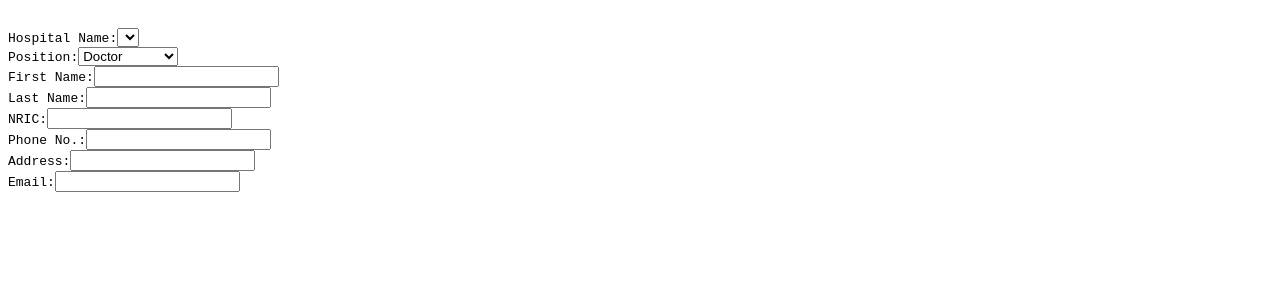
Repository: anujsoni10001/JSP-Servlet
Page: http://localhost/Minor/registerstaff.jsp
These files come from the project's save history. The page is drawn as it stood at one moment and after the next save; the edit follows.
The browser window is 1280 px wide. The pictures show the whole page.
The page is served by Tomcat 9. Other server files are loaded and not shown. Queries for data that is not in the repository find no rows.

Above is the page before, as saved 2019-03-23 03:46:08.

### FinalProject/minor - Copy/Minor/WebContent/registerstaff.jsp
<%@page import="pp.RegisteredDao"%>
<%@ page language="java" contentType="text/html; charset=ISO-8859-1"
    pageEncoding="ISO-8859-1"%>
<!DOCTYPE html PUBLIC "-//W3C//DTD HTML 4.01 Transitional//EN" "http://www.w3.org/TR/html4/loose.dtd">
<html>
<head>
<meta http-equiv="Content-Type" content="text/html; charset=ISO-8859-1">
<title>Register-Staff</title>
</head>
<body>
<pre>
<form>
Hospital Name:<select>
<%
RegisteredDao rd=new RegisteredDao();
java.util.ArrayList<pp.Hospital> h=rd.ShowHospital();
for(pp.Hospital a:h)
{
%>
<option><%=a.getHospitalName()%></option>
<%
}
%>
</select>
Position:<select>
<option>Doctor</option>
<option>Nurse</option>
<option>Management</option>
<option>Medical</option>
</select>
First Name:<input type="text">
Last Name:<input type="text">
NRIC:<input type="text">
Phone No.:<input type="text">
Address:<input type="text">
Email:<input type="email">
</form>
</pre>
</body>
</html>

### FinalProject/minor - Copy/Minor/src/pp/RegisteredDao.java
package pp;
import java.sql.*;
import pp.PatientAccountBean;

public class RegisteredDao {
Connection con;
public Connection getConnect() throws ClassNotFoundException, SQLException
{
Class.forName("com.mysql.cj.jdbc.Driver");
con=DriverManager.getConnection("jdbc:mysql://localhost:3306/minor","root","root");
return con;
}
public java.util.ArrayList<PatientAccountBean> ShowPro(String email) throws ClassNotFoundException, SQLException
{
java.util.ArrayList<PatientAccountBean> a1=new java.util.ArrayList<pp.PatientAccountBean>();
con=getConnect();
String qr="select * from accounts where Email=?";
PreparedStatement ps=con.prepareStatement(qr);
ps.setString(1,email);
ResultSet rs=ps.executeQuery();
while(rs.next())
{
pp.PatientAccountBean p=new pp.PatientAccountBean();
p.setFirstName(rs.getString("FirstName"));
p.setLastName(rs.getString("LastName"));
p.setTelephone(rs.getString("Telephone"));
p.setAddress(rs.getString("Address"));
p.setAccountId(rs.getInt("AccountId"));
a1.add(p);
}
con.close();
return a1;
}
public int update(PatientAccountBean p) throws ClassNotFoundException, SQLException
{
int i=0;
con=getConnect();
///Remember Query///
//update table tablename -XXXX...//
//Wrong Syntax Putted...in the Mid-Sam-Exam//
String qr="update accounts set LastName=?,FirstName=?,Telephone=?,Address=? where Email=?";
PreparedStatement ps=con.prepareStatement(qr);
ps.setString(1,p.getLastName());
ps.setString(2,p.getFirstName());
ps.setString(3,p.getTelephone());
ps.setString(4,p.getAddress());
ps.setString(5,p.getEmail());
i=ps.executeUpdate();
con.close();
return i;
}
public java.util.ArrayList<Doctor> ShowPro() throws ClassNotFoundException, SQLException
{
java.util.ArrayList<Doctor> a1=new java.util.ArrayList<pp.Doctor>();
con=getConnect();
String qr="select * from doctor";
Statement st=con.createStatement();
ResultSet rs=st.executeQuery(qr);
while(rs.next())
{
pp.Doctor p=new pp.Doctor();
p.setDoctorId(rs.getInt("DoctorId"));
a1.add(p);
}
con.close();
return a1;
}
public java.util.ArrayList<Doctor> ShowPro(int id) throws ClassNotFoundException, SQLException
{
java.util.ArrayList<Doctor> a1=new java.util.ArrayList<pp.Doctor>();
con=getConnect();
String qr="select * from doctor,specialty,hospital where doctor.SpecialtyId=specialty.SpecialtyId and DoctorId=? and doctor.HospitalId=hospital.HospitalId";
PreparedStatement ps=con.prepareStatement(qr);
ps.setInt(1,id);
ResultSet rs=ps.executeQuery();
while(rs.next())
{
pp.Doctor p=new pp.Doctor();
p.setDcotorName(rs.getString("DcotorName"));
p.setDescription(rs.getString("Description"));
p.setHospitalName(rs.getString("HospitalName"));
p.setHospitalId(rs.getString("HospitalId"));
p.setYearOfExperience(rs.getInt("YearOfExperience"));
a1.add(p);
}
con.close();
return a1;
}
public int addPro(pp.Appointment a) throws ClassNotFoundException, SQLException
{
int i=0;
con=getConnect();
 ///Remember Query///
//insert table tablename -XXXX...Wrong//
//Wrong Syntax Putted...in the Mid-Sam-Exam//
String qr="insert into Appointment(DoctorId,HospitalId,Date,BookedbyAccountId,Status) values(?,?,?,?,?)";
PreparedStatement ps=con.prepareStatement(qr);
ps.setString(1,a.getDoctorId());
ps.setString(2,a.getHospitalId());
ps.setString(3,a.getDate());
ps.setInt(4,a.getAppointmentId());
ps.setString(5,a.getStatus());
i=ps.executeUpdate();
con.close();
return i;
}
public java.util.ArrayList<pp.Appointment> ShowAppoint(int bbyid) throws ClassNotFoundException, SQLException
{
java.util.ArrayList<pp.Appointment> a1=new java.util.ArrayList<pp.Appointment>();
con=getConnect();
String qr="select * from Appointment,doctor,Accounts,Hospital where Appointment.DoctorId=doctor.DoctorId and AccountId=BookedByAccountId and doctor.HospitalId=Hospital.HospitalId and BookedbyAccountId=?";
PreparedStatement ps=con.prepareStatement(qr);
ps.setInt(1,bbyid);
ResultSet rs=ps.executeQuery();
while(rs.next())
{
pp.Appointment a=new Appointment();
a.setAppointmentId(rs.getInt("AppointmentId"));
a.setHospitalName(rs.getString("HospitalName"));
a.setDoctorName(rs.getString("DcotorName"));
a.setDate(rs.getString("Date"));
a.setStatus(rs.getString("Status"));
a.setChargesRM(rs.getDouble("ChargesRM"));
a1.add(a);
}
con.close();
return a1;
}
public int updateAppoint(pp.Appointment a) throws ClassNotFoundException, SQLException
{
int i=0;
con=getConnect();
///Remember Query///
//update table tablename -XXXX...//
//Wrong Syntax Putted...in the Mid-Sam-Exam//
String qr="update appointment set DoctorId=?,HospitalId=?,Date=?,BookedbyAccountId=? where AppointmentId=?";
PreparedStatement ps=con.prepareStatement(qr);
ps.setString(1,a.getDoctorId());
ps.setString(2,a.getHospitalId());
ps.setString(3,a.getDate());
ps.setInt(4,a.getBookedbyAccountId());
ps.setInt(5,a.getAppointmentId());
i=ps.executeUpdate();
con.close();
return i;
}
public int delete(Appointment a) throws ClassNotFoundException, SQLException
{
int i=0;
con=getConnect();
///Remember Query///
//delete table tablename -XXXX...Wrong//
//Wrong Syntax Putted...in the Mid-Sam-Exam//
String qr="delete from Appointment where AppointmentId=?";
PreparedStatement ps=con.prepareStatement(qr);
ps.setInt(1,a.getAppointmentId());
i=ps.executeUpdate();
con.close();
return i;
}
public boolean VerifyCard(Creditcard c) throws ClassNotFoundException, SQLException
{
con=getConnect();
String qr="select * from creditcard where CardNo=? and ExpiryDate=? and SecurityCode=? and CardType=?";

PreparedStatement ps=con.prepareStatement(qr);
ps.setString(1,c.getCardNo());
ps.setString(2,c.getExpiryDate());
ps.setString(3,c.getSecurityCode());
ps.setString(4,c.getCardType());
ResultSet rs=ps.executeQuery();
if(rs.next())
{
con.close();
return true;
}
else
{
con.close();
return false;
}
}
public int updateAppointStatus(pp.Appointment a) throws ClassNotFoundException, SQLException
{
int i=0;
con=getConnect();
///Remember Query///
//update table tablename -XXXX...//
//Wrong Syntax Putted...in the Mid-Sam-Exam//
String qr="update appointment set Status=? where AppointmentId=?";
PreparedStatement ps=con.prepareStatement(qr);
ps.setString(1,a.getStatus());
ps.setInt(2,a.getAppointmentId());
i=ps.executeUpdate();
con.close();
return i;
}
public java.util.ArrayList<pp.Appointment> ShowCompletedAppoint(int bbyid) throws ClassNotFoundException, SQLException
{
java.util.ArrayList<pp.Appointment> a1=new java.util.ArrayList<pp.Appointment>();
con=getConnect();
String qr="select * from Appointment,doctor,Accounts,Hospital where Appointment.DoctorId=doctor.DoctorId and AccountId=BookedByAccountId and doctor.HospitalId=Hospital.HospitalId and BookedbyAccountId=? and Status='Completed'";
PreparedStatement ps=con.prepareStatement(qr);
ps.setInt(1,bbyid);
ResultSet rs=ps.executeQuery();
while(rs.next())
{
pp.Appointment a=new Appointment();
a.setAppointmentId(rs.getInt("AppointmentId"));
a.setHospitalName(rs.getString("HospitalName"));
a.setDoctorName(rs.getString("DcotorName"));
a.setDate(rs.getString("Date"));
a.setStatus(rs.getString("Status"));
a.setChargesRM(rs.getDouble("ChargesRM"));
a1.add(a);
}
con.close();
return a1;
}
public int addPro(pp.Rating r) throws ClassNotFoundException, SQLException
{
int i=0;
con=getConnect();
 ///Remember Query///
//insert table tablename -XXXX...Wrong//
//Wrong Syntax Putted...in the Mid-Sam-Exam//
String qr="insert into rating values(?,?)";
PreparedStatement ps=con.prepareStatement(qr);
ps.setString(1,r.getAppointmentId());
ps.setInt(2,r.getConsultationRating());
i=ps.executeUpdate();
con.close();
return i;
}
public java.util.ArrayList<pp.Hospital> ShowHospital() throws ClassNotFoundException, SQLException
{
java.util.ArrayList<Hospital> a1=new java.util.ArrayList<pp.Hospital>();
con=getConnect();
String qr="select * from hospital";
Statement st=con.createStatement();
ResultSet rs=st.executeQuery(qr);
while(rs.next())
{
pp.Hospital h=new pp.Hospital();
h.setHospitalName(rs.getString("HospitalName"));
a1.add(h);
}
con.close();
return a1;
}
public java.util.ArrayList<pp.Hospital> ShowHospitalId(String HospitalName) throws ClassNotFoundException, SQLException
{
java.util.ArrayList<Hospital> a1=new java.util.ArrayList<pp.Hospital>();
con=getConnect();
String qr="select * from hospital where HospitalName=?";
PreparedStatement ps=con.prepareStatement(qr);
ps.setString(1,HospitalName);
ResultSet rs=ps.executeQuery();
while(rs.next())
{
pp.Hospital h=new pp.Hospital();
h.setHospitalId(rs.getString("HospitalId"));
a1.add(h);
}
con.close();
return a1;
}
public int addStaff(pp.Staff s) throws ClassNotFoundException, SQLException
{
int i=0;
con=getConnect();
 ///Remember Query///
//insert table tablename -XXXX...Wrong//
//Wrong Syntax Putted...in the Mid-Sam-Exam//
String qr="insert into staff values(?,?,?,?,?,?,?,?,?,?)";
PreparedStatement ps=con.prepareStatement(qr);
ps.setInt(1,s.getStaffId());
ps.setString(2,s.getEmail());
ps.setString(3,s.getPassword());
ps.setString(4,s.getFirstName());
ps.setString(5,s.getLastName());
ps.setString(6,s.getICNumber());
ps.setString(7,s.getTelephone());
ps.setString(8,s.getAddress());
ps.setString(9,s.getPosition());
ps.setString(10,s.getHospitalId());
i=ps.executeUpdate();
con.close();
return i;
}
public java.util.ArrayList<PatientAccountBean> ShowallPatient() throws ClassNotFoundException, SQLException
{
java.util.ArrayList<PatientAccountBean> a1=new java.util.ArrayList<pp.PatientAccountBean>();
con=getConnect();
String qr="select * from accounts";
Statement st=con.createStatement();
ResultSet rs=st.executeQuery(qr);
while(rs.next())
{
pp.PatientAccountBean p=new pp.PatientAccountBean();
p.setFirstName(rs.getString("FirstName"));
p.setLastName(rs.getString("LastName"));
p.setTelephone(rs.getString("Telephone"));
p.setAddress(rs.getString("Address"));
p.setAccountId(rs.getInt("AccountId"));
p.setEmail(rs.getString("Email"));
a1.add(p);
}
con.close();
return a1;
}
public int updateStaffPatient(PatientAccountBean p) throws ClassNotFoundException, SQLException
{
int i=0;
con=getConnect();
///Remember Query///
//update table tablename -XXXX...//
//Wrong Syntax Putted...in the Mid-Sam-Exam//
String qr="update accounts set LastName=?,FirstName=?,Telephone=?,Address=?,Email=? where AccountId=?";
PreparedStatement ps=con.prepareStatement(qr);
ps.setString(1,p.getLastName());
ps.setString(2,p.getFirstName());
ps.setString(3,p.getTelephone());
ps.setString(4,p.getAddress());
ps.setString(5,p.getEmail());
ps.setInt(6,p.getAccountId());
i=ps.executeUpdate();
con.close();
return i;
}
public int delete(pp.PatientAccountBean p) throws ClassNotFoundException, SQLException
{
int i=0;
con=getConnect();
///Remember Query///
//delete table tablename -XXXX...Wrong//
//Wrong Syntax Putted...in the Mid-Sam-Exam//
String qr="delete from accounts where AccountId=?";
PreparedStatement ps=con.prepareStatement(qr);
ps.setInt(1,p.getAccountId());
i=ps.executeUpdate();
con.close();
return i;
}
}

After the next save:
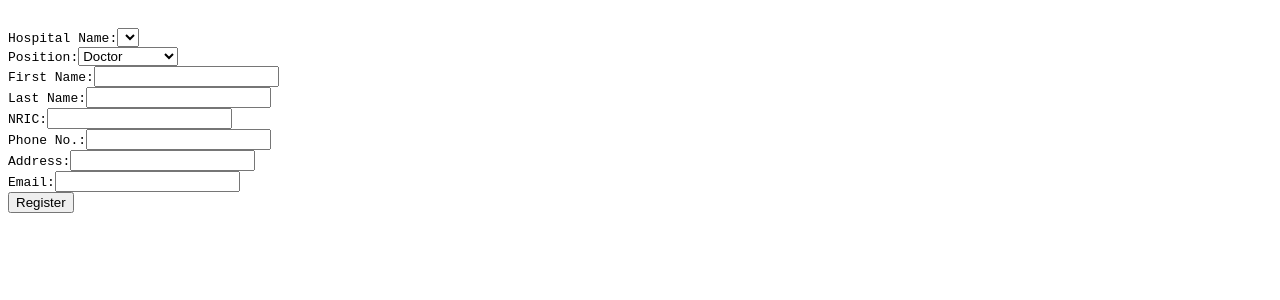
Saved 26 s later.
--- a/FinalProject/minor - Copy/Minor/WebContent/registerstaff.jsp
+++ b/FinalProject/minor - Copy/Minor/WebContent/registerstaff.jsp
@@ -34,6 +34,7 @@ NRIC:<input type="text">
 Phone No.:<input type="text">
 Address:<input type="text">
 Email:<input type="email">
+<input type="submit" value="Register">
 </form>
 </pre>
 </body>
